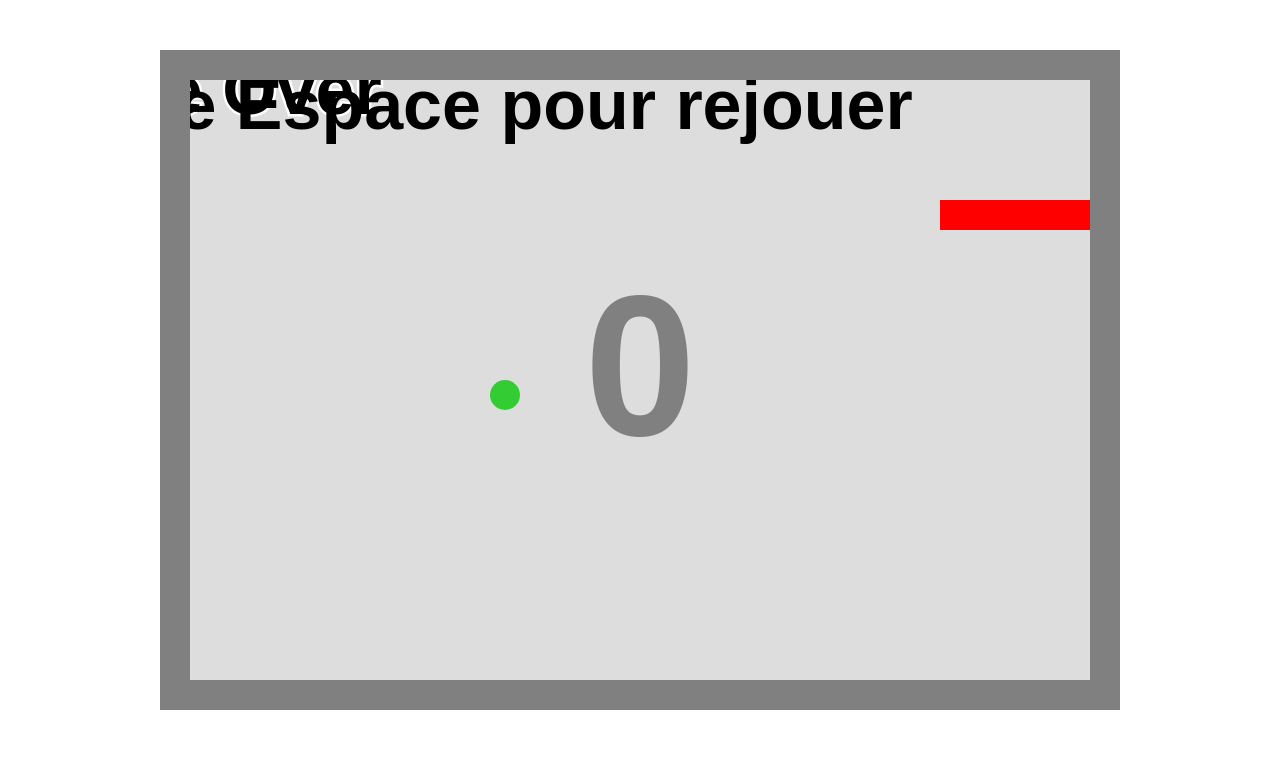
Repository: 0Memo/serpent
Page: index.html
An editor plug-in stored every save of this project. The page is shown before and after the next save, followed by the edit.
The browser window is 1280 px wide. The pictures show the whole page.

Above is the page before, as saved 2020-12-16 22:20:41.

### index.html
<!DOCTYPE html>
<html lang="es">
    <head>
        <meta charset="UTF-8">
        <meta name="viewport" content="width=device-width, initial-scale=1.0">
        <title>Juego de la serpiente></title>
    </head>
    <body>

        <script src="js/script.js"></script>
    </body>
</html>

### js/script.js
window.onload = function(){
    var canvasWidth = 900;
    var canvasHeight = 600;
    var blockSize = 30;
    var ctx;
    var delay = 100;
    var snakey;
    var appley;
    var widthInBlocks = canvasWidth / blockSize;
    var heightInBlocks = canvasHeight / blockSize;
    var score;

    init();

    function init(){
        var canvas = document.createElement('canvas');
        canvas.width = canvasWidth;
        canvas.height = canvasHeight;
        canvas.style.border = "30px solid gray";
        canvas.style.margin = "50px auto";
        canvas.style.display = "block";
        canvas.style.backgroundColor = "#ddd";
        document.body.appendChild(canvas);
        ctx = canvas.getContext('2d');
        snakey = new snake([[6,4], [5,4], [4,4], [3,4], [2, 4]], "right");
        appley = new apple([10, 10]);
        score = 0;
        refreshCanvas();

    }

    function refreshCanvas(){
        snakey.advance();
        if(snakey.checkCollision())
        {
            gameOver();
        } else {
            if(snakey.isEatingApple(appley))
            {
                score++;
                snakey.ateApple = true;
                do
                {
                    appley.setNewPosition();
                }
                while(appley.isOnSnake(snakey));
            }
            ctx.clearRect(0, 0, canvasWidth, canvasHeight);
            drawScore();
            snakey.draw();
            appley.draw();
            setTimeout(refreshCanvas,delay);
        }

    }

    function gameOver()
    {
        ctx.save();
        ctx.font = "bold 70px sans-serif";
        ctx.fillStyle = "#000";
        ctx.textAlign = "center";
        ctx.textBaseline = "middle";
        ctx.strokeStyle = "white";
        ctx.lineWidth = 5;
        var centreX = canvasWidth / 2;
        var centreY = canvasHeight / 2;
        ctx.strokeText("Game Over", 5, 15);
        ctx.fillText("Game Over", 5, 15);
        ctx.fillText("Appuyer sur la touche Espace pour rejouer", 5, 30);
        ctx.restore();
    }

    function restart()
    {
        snakey = new snake([[6,4], [5,4], [4,4], [3,4], [2, 4]], "right");
        appley = new apple([10, 10]);
        score = 0;
        refreshCanvas();
    }

    function drawScore()
    {
        ctx.save();
        ctx.font = "bold 200px sans-serif";
        ctx.fillStyle = "gray";
        ctx.textAlign = "center";
        ctx.textBaseline = "middle";
        var centreX = canvasWidth / 2;
        var centreY = canvasHeight / 2;
        ctx.fillText(score.toString(), centreX, centreY);
        ctx.restore();
    }

    function drawBlock(ctx, position){
        var x = position[0] * blockSize;
        var y = position[1] * blockSize;
        ctx.fillRect(x, y, blockSize, blockSize);
    }

    function snake(body, direction) {
        this.body = body;
        this.direction = direction;
        this.ateApple = false;
        this.draw = function(){
            ctx.save();
            ctx.fillStyle = "#ff0000";
            for(var i = 0; i < this.body.length; i++){
                drawBlock(ctx, this.body[i]);
            }
            ctx.restore();
        };
        this.advance = function(){
            var nextPosition = this.body[0].slice();
            switch(this.direction){
                case "left":
                    nextPosition[0] -=1;
                    break;
                case "right":
                    nextPosition[0] +=1;
                    break;
                case "down":
                    nextPosition[1] +=1;
                    break;
                case "up":
                    nextPosition[1] -=1;
                    break;
                default:
                    throw("Invalid Direction");
            }
            this.body.unshift(nextPosition);
            if(!this.ateApple)
            {
                this.body.pop();
            } else {
                this.ateApple = false;
            }
        };
        this.setDirection = function(newDirection)
        {
            var allowedDirections;
            switch(this.direction){
                case "left":
                case "right":
                    allowedDirections = ["up", "down"];
                    break;
                case "down":
                case "up":
                    allowedDirections = ["left", "right"];
                    break;
                default:
                    throw("Invalid Direction");
            }
            if(allowedDirections.indexOf(newDirection) > -1){
                this.direction = newDirection;
            };
        };
        this.checkCollision = function()
        {
            var wallCollision = false;
            var snakeCollision = false;
            var head = this.body[0];
            var rest = this.body.slice(1);
            var snakeX = head[0];
            var snakeY = head[1];
            var minX = 0;
            var minY = 0;
            var maxX = widthInBlocks  - 1;
            var maxY = heightInBlocks - 1;
            var isNotBetweenHorizontalWalls = snakeX < minX || snakeX > maxX;
            var isNotBetweenVerticalWalls = snakeY < minY || snakeY > maxY;

            if(isNotBetweenHorizontalWalls || isNotBetweenVerticalWalls)
            {
                wallCollision = true;
            }

            for(var i = 0; i < rest.length; i++){
                if(snakeX === rest[i][0] && snakeY === rest[i][1]){
                    snakeCollision = true;
                }
            }
            return wallCollision || snakeCollision;
        };
        this.isEatingApple = function(appleToEat)
        {
            var head = this.body[0];
            if(head[0] === appleToEat.position[0] && head[1] === appleToEat.position[1])
            {
                return true;
            } else {
                return false;
            }
        };
    }

    function apple(position)
    {
        this.position = position;
        this.draw = function(){
            ctx.save();
            ctx.fillStyle = "#33cc33";
            ctx.beginPath();
            var radius = blockSize / 2;
            var x = this.position[0] * blockSize + radius;
            var y = this.position[1] * blockSize + radius;
            ctx.arc(x,y, radius, 0, Math.PI*2, true);
            ctx.fill();
            ctx.restore();
        };
        this.setNewPosition = function()
        {
            var newX = Math.round(Math.random() * (widthInBlocks - 1));
            var newY = Math.round(Math.random() * (heightInBlocks - 1));
            this.position = [newX, newY];
        };

        this.isOnSnake = function(snakeToCheck)
        {
            var isOnSnake = false;
            for(i = 0; i < snakeToCheck.body.length; i++)
            {
                if(this.position[0] === snakeToCheck.body[i][0] && this.position[1] === snakeToCheck.body[i][1])
                {
                    isOnSnake = true;
                }
            }
            return isOnSnake;
        }
    };

    document.onkeydown = function handleKeyDown(e){
    var key = e.keyCode;
    var newDirection;
    switch(key){
        case 37:
            newDirection = "left";
            break;
        case 38:
            newDirection = "up";
            break;
        case 39:
            newDirection = "right";
            break;
        case 40:
            newDirection = "down";
            break;
        case 32:
            restart();
            return;
        default:
            return;
    };
    snakey.setDirection(newDirection);
};
}

After the next save:
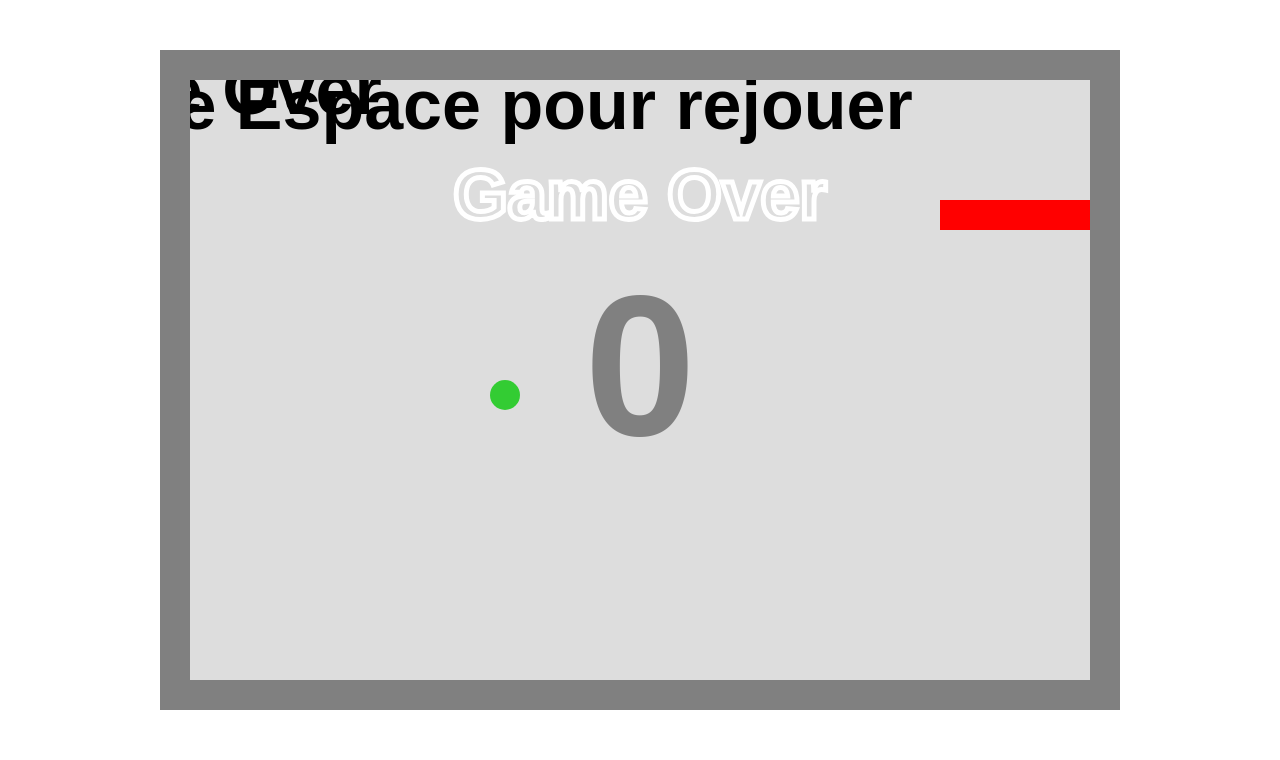
Saved 42 s later.
--- a/js/script.js
+++ b/js/script.js
@@ -65,7 +65,7 @@ window.onload = function(){
         ctx.lineWidth = 5;
         var centreX = canvasWidth / 2;
         var centreY = canvasHeight / 2;
-        ctx.strokeText("Game Over", 5, 15);
+        ctx.strokeText("Game Over", centreX, centreY - 180);
         ctx.fillText("Game Over", 5, 15);
         ctx.fillText("Appuyer sur la touche Espace pour rejouer", 5, 30);
         ctx.restore();
